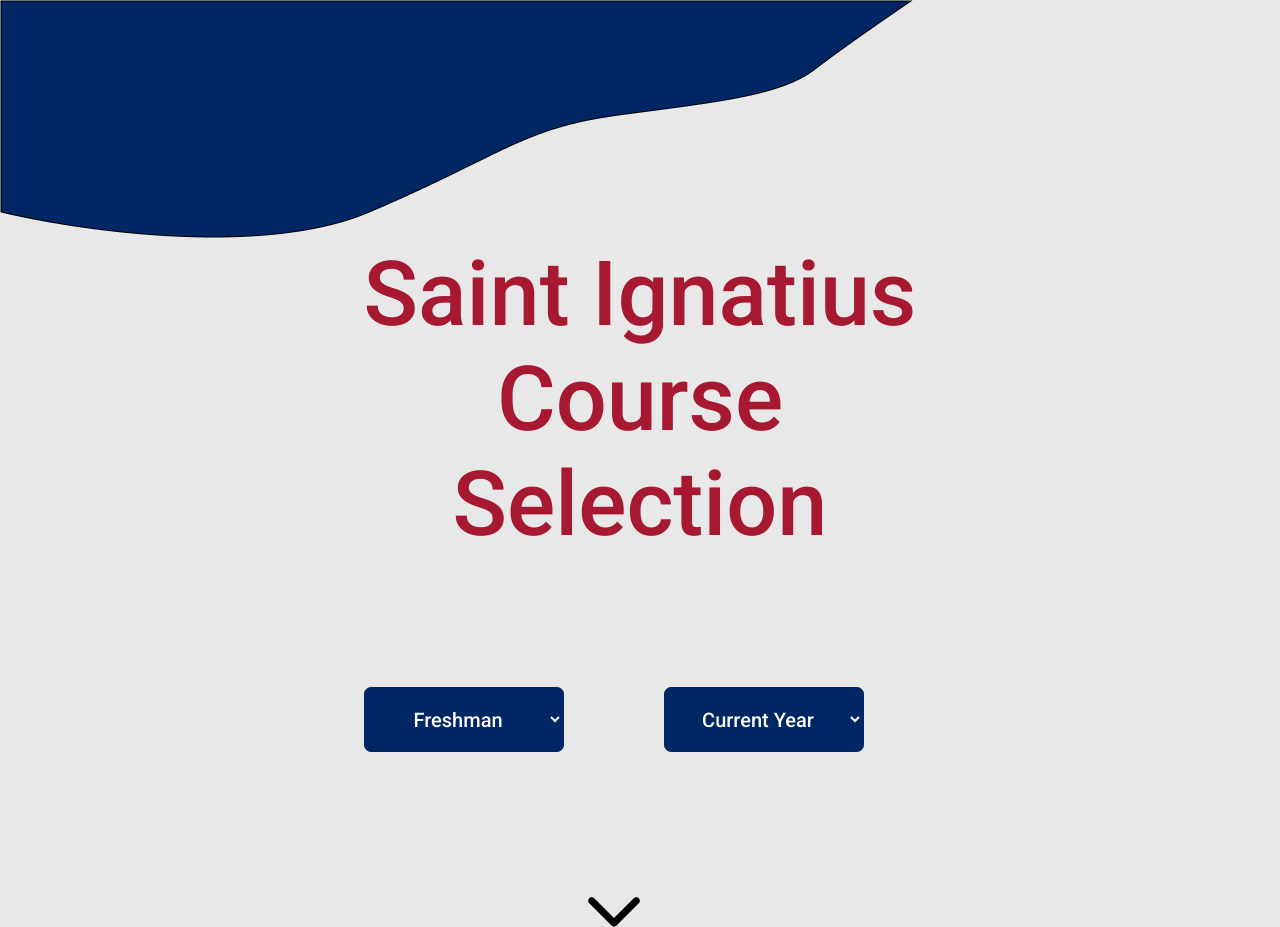
Repository: BuddyBob/si_course_selection
Page: /#/
An editor plug-in stored every save of this project. The page is shown before and after the next save, followed by the edit.
The browser window is 1280 px wide. The pictures show the whole page.
The project was rebuilt for these pictures with package versions that can differ from the ones it lists, and the page was loaded fresh each time. Also part of the build but not shown: src/components/allYears.css, src/components/YearOne.js.

Above is the page before, as saved 2022-12-29 13:30:16.

After the next save:
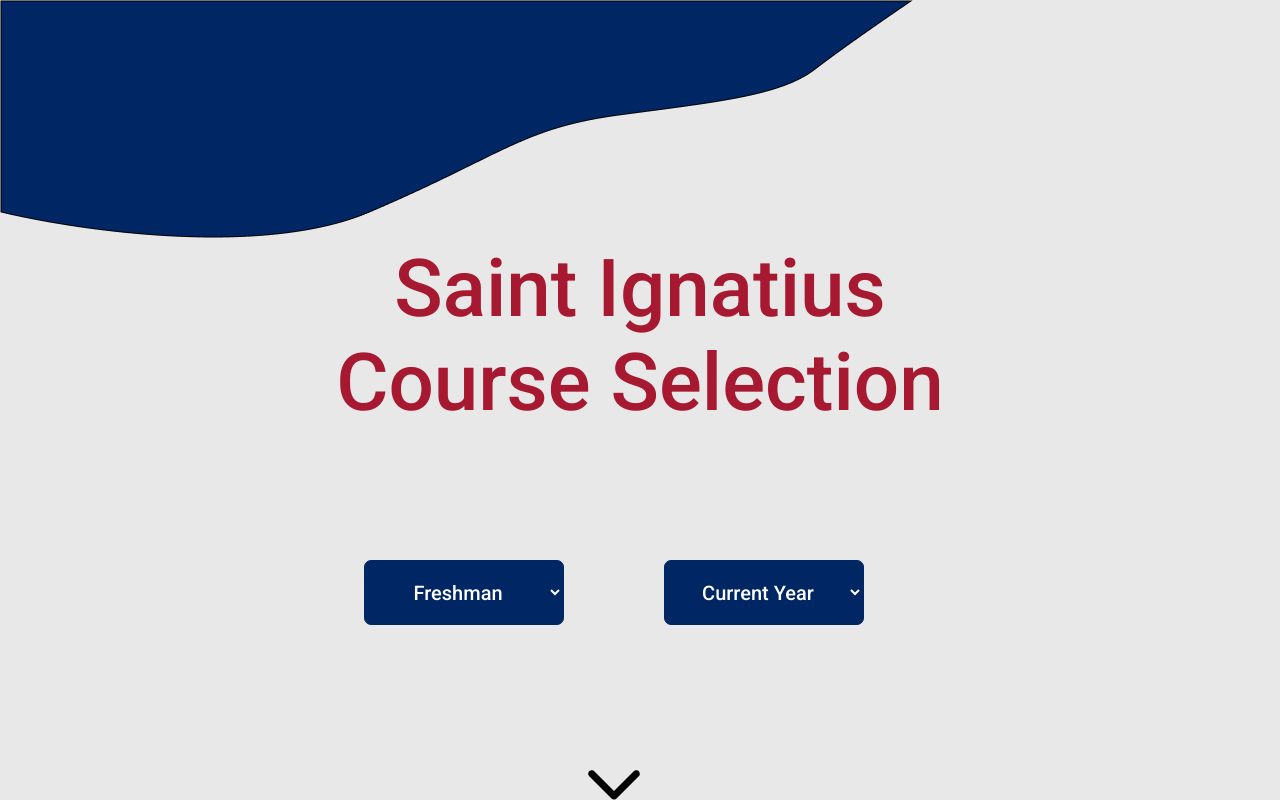
Saved 8 s later.
--- a/src/index.css
+++ b/src/index.css
@@ -32,7 +32,7 @@
 
 .title{
   font-style: normal;
-  font-size: 90px;
+  font-size: 80px;
   color: var(--secondary);
   font-weight: 450;
   /* center text to page; */

After the save that followed:
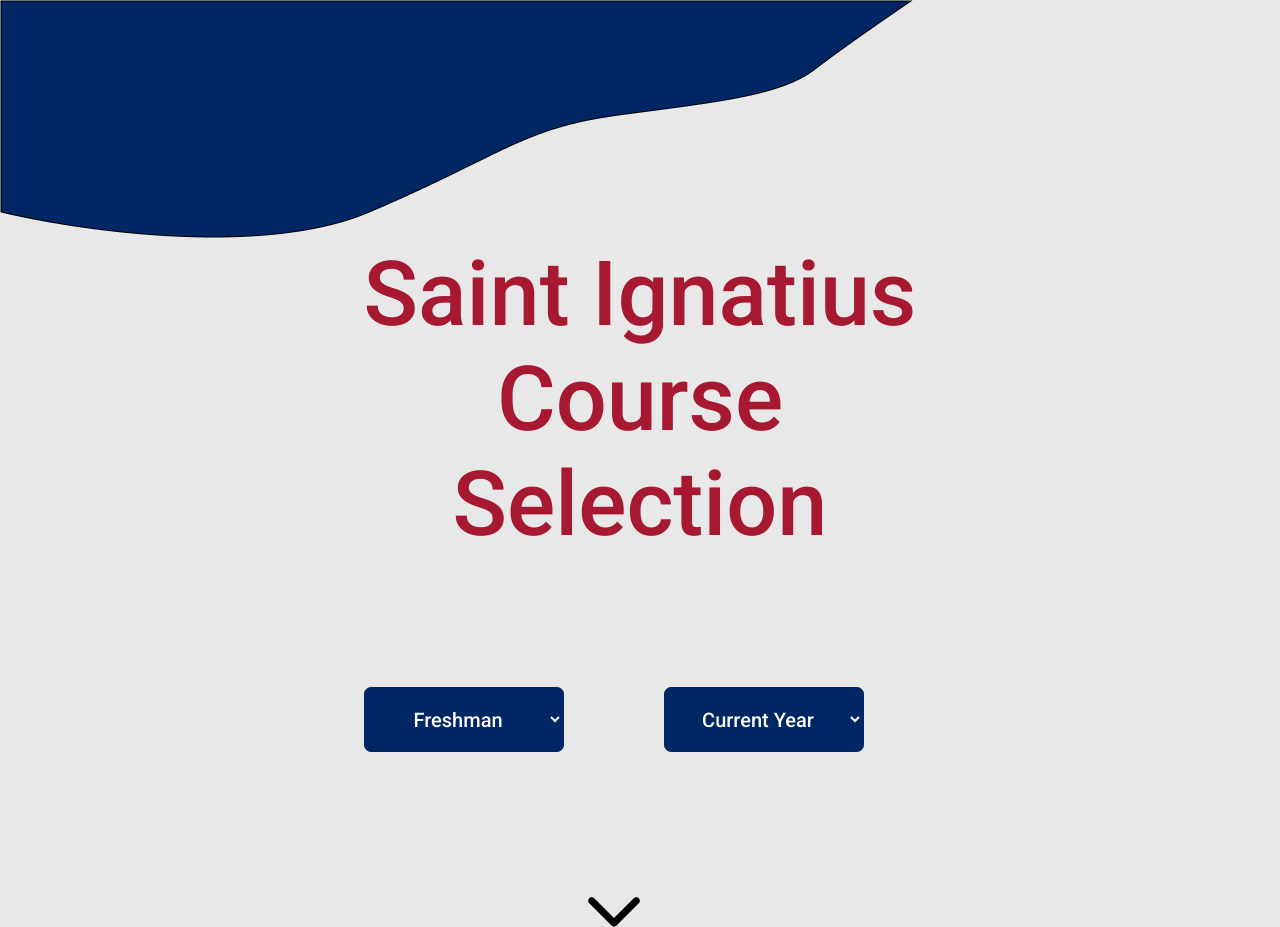
Saved 6 s later.
--- a/src/index.css
+++ b/src/index.css
@@ -32,7 +32,7 @@
 
 .title{
   font-style: normal;
-  font-size: 80px;
+  font-size: 90px;
   color: var(--secondary);
   font-weight: 450;
   /* center text to page; */
